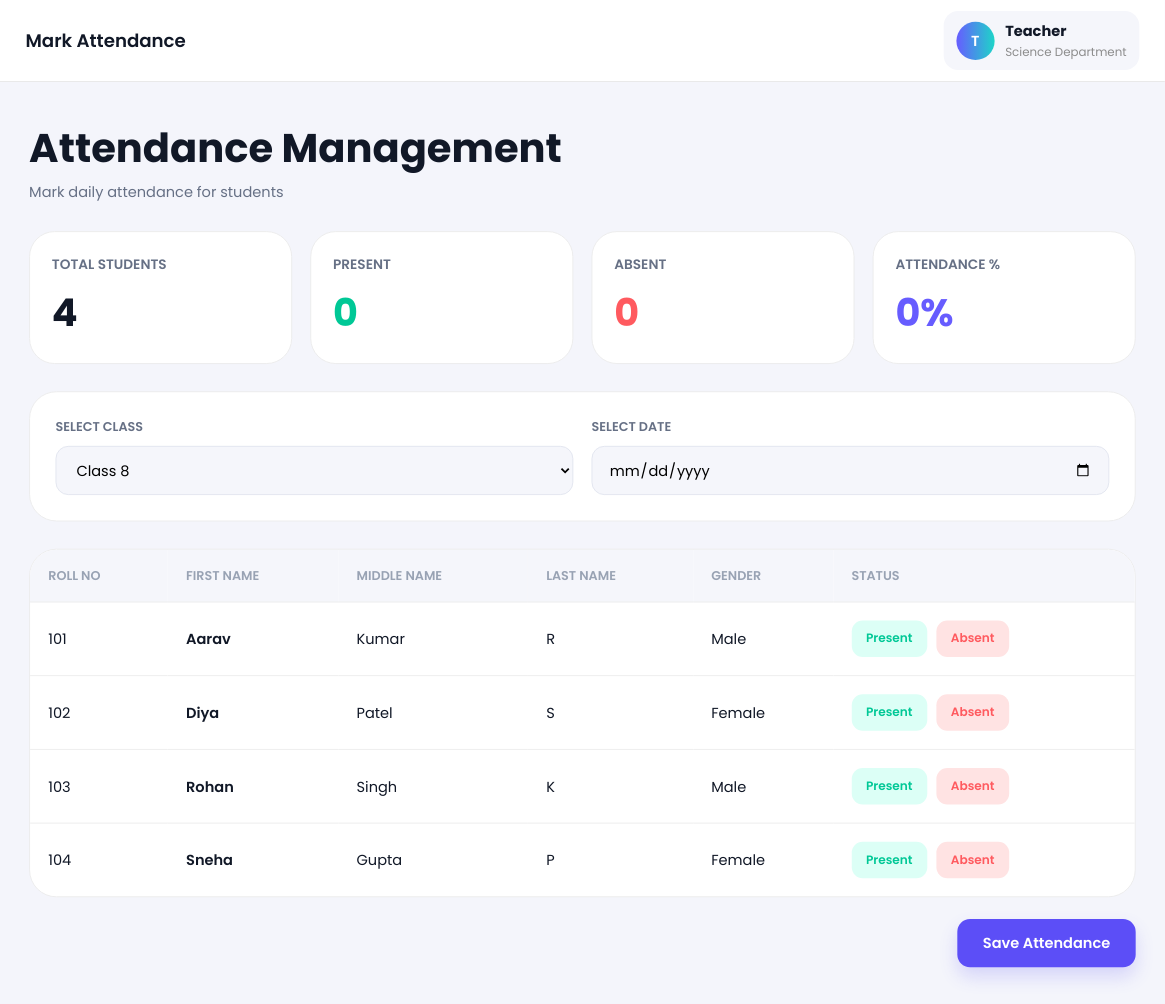
Repository: rohit-rk-07/school_management_system
Page: http://localhost/School_Management_System/teacher/attendance.jsp
The author's editor kept a copy of each file at every save. The page is drawn from the files as they stood at one save, then again after the next save.
The browser window is 1280 px wide. The pictures show the whole page, at 91% of full size.
The page is served by Tomcat 10. Other server files are loaded and not shown.

Above is the page before, as saved 2026-05-21 08:15:21.

### School_Management_System/src/main/webapp/teacher/attendance.jsp
<!DOCTYPE html>
<html lang="en">

<head>

    <meta charset="UTF-8">
    <meta name="viewport" content="width=device-width, initial-scale=1.0">

    <title>Mark Attendance</title>

    <link rel="preconnect" href="https://fonts.googleapis.com">

    <link href="https://fonts.googleapis.com/css2?family=Poppins:wght@300;400;500;600;700&display=swap"
        rel="stylesheet">

    <style>

        *{
            margin:0;
            padding:0;
            box-sizing:border-box;
            font-family:'Poppins',sans-serif;
        }

        body{
            background:#f4f5fb;
            color:#111827;
        }

        /* =========================
           TOPBAR
        ========================== */

        .attendanceTopbar{
            width:100%;
            background:#ffffff;
            padding:12px 28px;
            display:flex;
            justify-content:space-between;
            align-items:center;
            border-bottom:1px solid #e7e7e7;
        }

        .attendanceTopbarTitle{
            font-size:20px;
            font-weight:600;
        }

        .attendanceTeacherProfile{
            display:flex;
            align-items:center;
            gap:12px;
            background:#f5f6fb;
            padding:10px 14px;
            border-radius:16px;
        }

        .attendanceTeacherAvatar{
            width:42px;
            height:42px;
            border-radius:50%;
            background:linear-gradient(to right,#675cff,#1dd5c8);
            display:flex;
            align-items:center;
            justify-content:center;
            color:#ffffff;
            font-weight:600;
        }

        .attendanceTeacherRole{
            font-size:13px;
            color:#8c8c8c;
        }

        /* =========================
           PAGE CONTAINER
        ========================== */

        .attendancePageContainer{
            padding:40px 32px;
        }

        .attendanceMainHeading{
            font-size:44px;
            font-weight:700;
        }

        .attendanceSubtitle{
            color:#667085;
            margin-top:4px;
            margin-bottom:30px;
        }

        /* =========================
           OVERVIEW CARDS
        ========================== */

        .attendanceOverviewGrid{
            display:grid;
            grid-template-columns:repeat(auto-fit,minmax(250px,1fr));
            gap:20px;
            margin-bottom:30px;
        }

        .attendanceOverviewCard{
            background:#ffffff;
            border-radius:28px;
            padding:24px;
            border:1px solid #ececec;
        }

        .attendanceCardLabel{
            font-size:15px;
            font-weight:600;
            color:#667085;
            margin-bottom:10px;
        }

        .attendanceCardValue{
            font-size:42px;
            font-weight:700;
        }

        .attendancePresentText{
            color:#00c896;
        }

        .attendanceAbsentText{
            color:#ff5a5f;
        }

        .attendancePercentageText{
            color:#675cff;
        }

        /* =========================
           FILTER SECTION
        ========================== */

        .attendanceFilterCard{
            background:#ffffff;
            border-radius:30px;
            padding:28px;
            border:1px solid #ececec;
            margin-bottom:30px;
        }

        .attendanceFilterGrid{
            display:grid;
            grid-template-columns:1fr 1fr;
            gap:20px;
        }

        .attendanceFormGroup{
            display:flex;
            flex-direction:column;
        }

        .attendanceFormLabel{
            margin-bottom:10px;
            font-size:14px;
            font-weight:600;
            color:#667085;
        }

        .attendanceInputField,
        .attendanceSelectField{
            width:100%;
            height:54px;
            border:none;
            outline:none;
            background:#f5f6fb;
            border-radius:14px;
            padding:0 18px;
            font-size:16px;
            border:1px solid #e2e5ef;
        }

        /* =========================
           TABLE
        ========================== */

        .attendanceTableCard{
            background:#ffffff;
            border-radius:30px;
            overflow:hidden;
            border:1px solid #ececec;
        }

        .attendanceTable{
            width:100%;
            border-collapse:collapse;
        }

        .attendanceTable thead{
            background:#f5f6fb;
        }

        .attendanceTable th{
            text-align:left;
            padding:18px 20px;
            font-size:14px;
            color:#98a2b3;
            font-weight:600;
        }

        .attendanceTable td{
            padding:20px;
            border-top:1px solid #ececec;
        }

        .attendanceStudentName{
            font-weight:600;
        }

        /* =========================
           STATUS BUTTONS
        ========================== */

        .attendanceActionButtons{
            display:flex;
            gap:10px;
        }

        .attendancePresentButton,
        .attendanceAbsentButton{
            border:none;
            padding:10px 16px;
            border-radius:12px;
            cursor:pointer;
            font-weight:600;
            transition:0.3s;
        }

        .attendancePresentButton{
            background:#dcfff6;
            color:#00c896;
        }

        .attendanceAbsentButton{
            background:#ffe3e3;
            color:#ff5a5f;
        }

        .attendancePresentButton.active{
            background:#00c896;
            color:#ffffff;
        }

        .attendanceAbsentButton.active{
            background:#ff5a5f;
            color:#ffffff;
        }

        /* =========================
           SAVE BUTTON
        ========================== */

        .attendanceSaveContainer{
            margin-top:24px;
            display:flex;
            justify-content:flex-end;
        }

        .attendanceSaveButton{
            border:none;
            background:#5c4ef7;
            color:#ffffff;
            padding:14px 28px;
            border-radius:14px;
            font-size:16px;
            font-weight:600;
            cursor:pointer;
            box-shadow:0 10px 20px rgba(92,78,247,0.2);
        }

        @media(max-width:900px){

            .attendanceFilterGrid{
                grid-template-columns:1fr;
            }

            .attendanceTable{
                display:block;
                overflow-x:auto;
            }

        }

    </style>

</head>

<body>

    <!-- TOPBAR -->

    <div class="attendanceTopbar">

        <h2 class="attendanceTopbarTitle">
            Mark Attendance
        </h2>

        <div class="attendanceTeacherProfile">

            <div class="attendanceTeacherAvatar">
                T
            </div>

            <div>

                <h4>Teacher</h4>

                <p class="attendanceTeacherRole">
                    Science Department
                </p>

            </div>

        </div>

    </div>

    <!-- PAGE -->

    <div class="attendancePageContainer">

        <h1 class="attendanceMainHeading">
            Attendance Management
        </h1>

        <p class="attendanceSubtitle">
            Mark daily attendance for students
        </p>

        <!-- OVERVIEW -->

        <div class="attendanceOverviewGrid">

            <div class="attendanceOverviewCard">

                <p class="attendanceCardLabel">
                    TOTAL STUDENTS
                </p>

                <h2 class="attendanceCardValue">
                    4
                </h2>

            </div>

            <div class="attendanceOverviewCard">

                <p class="attendanceCardLabel">
                    PRESENT
                </p>

                <h2 class="attendanceCardValue attendancePresentText" id="presentCount">
                    0
                </h2>

            </div>

            <div class="attendanceOverviewCard">

                <p class="attendanceCardLabel">
                    ABSENT
                </p>

                <h2 class="attendanceCardValue attendanceAbsentText" id="absentCount">
                    0
                </h2>

            </div>

            <div class="attendanceOverviewCard">

                <p class="attendanceCardLabel">
                    ATTENDANCE %
                </p>

                <h2 class="attendanceCardValue attendancePercentageText" id="attendancePercentage">
                    0%
                </h2>

            </div>

        </div>

        <!-- FILTERS -->

        <div class="attendanceFilterCard">

            <div class="attendanceFilterGrid">

                <div class="attendanceFormGroup">

                    <label class="attendanceFormLabel">
                        SELECT CLASS
                    </label>

                    <select class="attendanceSelectField">

                        <option>Class 8</option>
                        <option>Class 9</option>
                        <option>Class 10</option>

                    </select>

                </div>

                <div class="attendanceFormGroup">

                    <label class="attendanceFormLabel">
                        SELECT DATE
                    </label>

                    <input
                        type="date"
                        class="attendanceInputField"
                    >

                </div>

            </div>

        </div>

        <!-- TABLE -->

        <div class="attendanceTableCard">

            <table class="attendanceTable">

                <thead>

                    <tr>

                        <th>ROLL NO</th>
                        <th>FIRST NAME</th>
                        <th>MIDDLE NAME</th>
                        <th>LAST NAME</th>
                        <th>GENDER</th>
                        <th>STATUS</th>

                    </tr>

                </thead>

                <tbody>

                    <!-- ROW 1 -->

                    <tr>

                        <td>101</td>
                        <td class="attendanceStudentName">Aarav</td>
                        <td>Kumar</td>
                        <td>R</td>
                        <td>Male</td>

                        <td>

                            <div class="attendanceActionButtons">

                                <button class="attendancePresentButton">
                                    Present
                                </button>

                                <button class="attendanceAbsentButton">
                                    Absent
                                </button>

                            </div>

                        </td>

                    </tr>

                    <!-- ROW 2 -->

                    <tr>

                        <td>102</td>
                        <td class="attendanceStudentName">Diya</td>
                        <td>Patel</td>
                        <td>S</td>
                        <td>Female</td>

                        <td>

                            <div class="attendanceActionButtons">

                                <button class="attendancePresentButton">
                                    Present
                                </button>

                                <button class="attendanceAbsentButton">
                                    Absent
                                </button>

                            </div>

                        </td>

                    </tr>

                    <!-- ROW 3 -->

                    <tr>

                        <td>103</td>
                        <td class="attendanceStudentName">Rohan</td>
                        <td>Singh</td>
                        <td>K</td>
                        <td>Male</td>

                        <td>

                            <div class="attendanceActionButtons">

                                <button class="attendancePresentButton">
                                    Present
                                </button>

                                <button class="attendanceAbsentButton">
                                    Absent
                                </button>

                            </div>

                        </td>

                    </tr>

                    <!-- ROW 4 -->

                    <tr>

                        <td>104</td>
                        <td class="attendanceStudentName">Sneha</td>
                        <td>Gupta</td>
                        <td>P</td>
                        <td>Female</td>

                        <td>

                            <div class="attendanceActionButtons">

                                <button class="attendancePresentButton">
                                    Present
                                </button>

                                <button class="attendanceAbsentButton">
                                    Absent
                                </button>

                            </div>

                        </td>

                    </tr>

                </tbody>

            </table>

        </div>

        <!-- SAVE -->

        <div class="attendanceSaveContainer">

            <button class="attendanceSaveButton">
                Save Attendance
            </button>

        </div>

    </div>

    <!-- JAVASCRIPT -->

    <script>

        const presentButtons = document.querySelectorAll(
            ".attendancePresentButton"
        );

        const absentButtons = document.querySelectorAll(
            ".attendanceAbsentButton"
        );

        const presentCount = document.getElementById(
            "presentCount"
        );

        const absentCount = document.getElementById(
            "absentCount"
        );

        const attendancePercentage = document.getElementById(
            "attendancePercentage"
        );

        function updateAttendanceStats(){

            let present = document.querySelectorAll(
                ".attendancePresentButton.active"
            ).length;

            let absent = document.querySelectorAll(
                ".attendanceAbsentButton.active"
            ).length;

            let total = present + absent;

            let percentage = total === 0
                ? 0
                : Math.round((present / total) * 100);

            presentCount.innerText = present;
            absentCount.innerText = absent;
            attendancePercentage.innerText = percentage + "%";

        }

        presentButtons.forEach((button) => {

            button.addEventListener("click", () => {

                const row = button.closest("tr");

                row.querySelector(
                    ".attendanceAbsentButton"
                ).classList.remove("active");

                button.classList.add("active");

                row.style.background = "#f0fffa";

                updateAttendanceStats();

            });

        });

        absentButtons.forEach((button) => {

            button.addEventListener("click", () => {

                const row = button.closest("tr");

                row.querySelector(
                    ".attendancePresentButton"
                ).classList.remove("active");

                button.classList.add("active");

                row.style.background = "#fff5f5";

                updateAttendanceStats();

            });

        });

    </script>

</body>

</html>

After the next save:
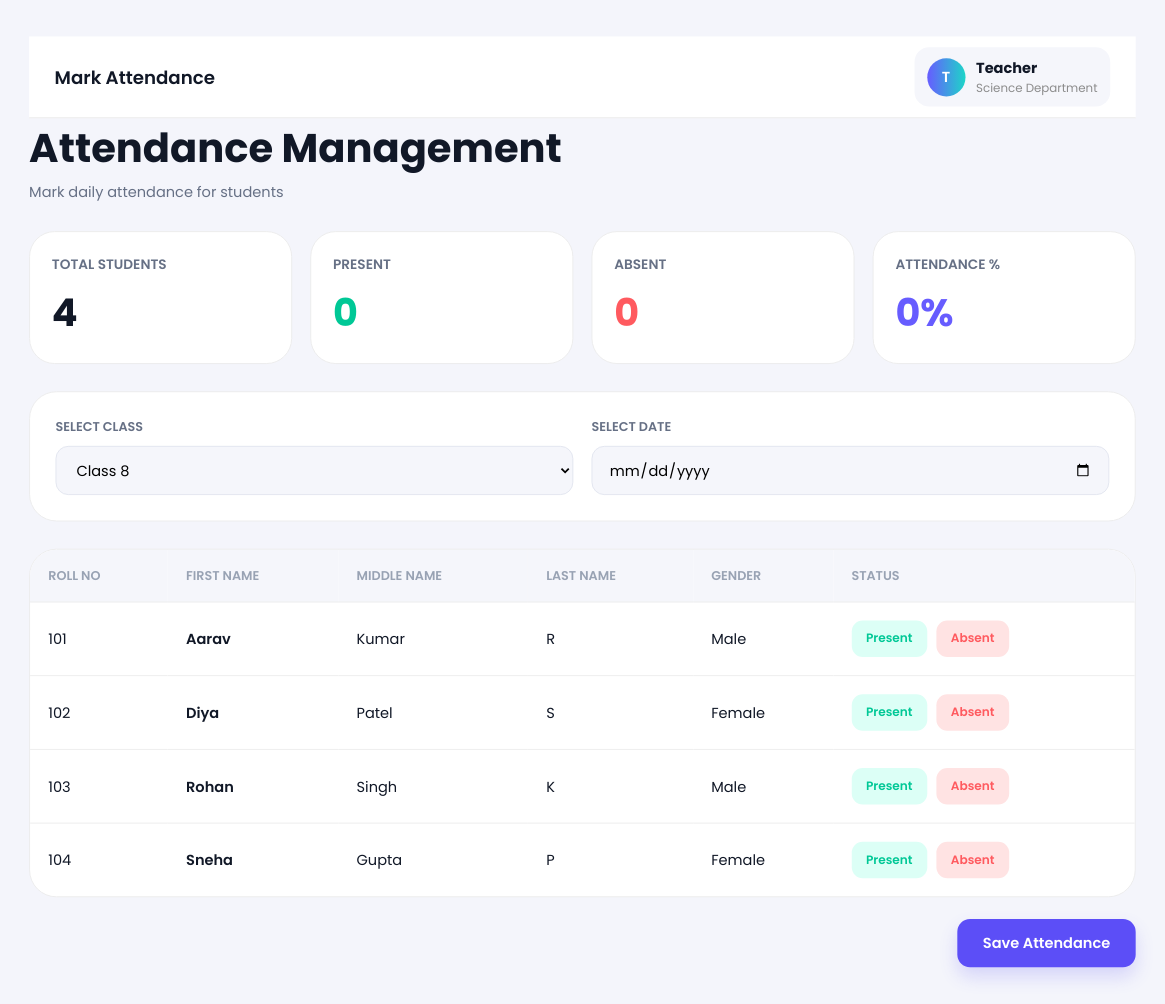
Saved 34 s later.
--- a/School_Management_System/src/main/webapp/teacher/attendance.jsp
+++ b/School_Management_System/src/main/webapp/teacher/attendance.jsp
@@ -295,6 +295,12 @@
 
     <!-- TOPBAR -->
 
+
+
+    <!-- PAGE -->
+
+    <div class="attendancePageContainer">
+
     <div class="attendanceTopbar">
 
         <h2 class="attendanceTopbarTitle">
@@ -320,10 +326,6 @@
         </div>
 
     </div>
-
-    <!-- PAGE -->
-
-    <div class="attendancePageContainer">
 
         <h1 class="attendanceMainHeading">
             Attendance Management
